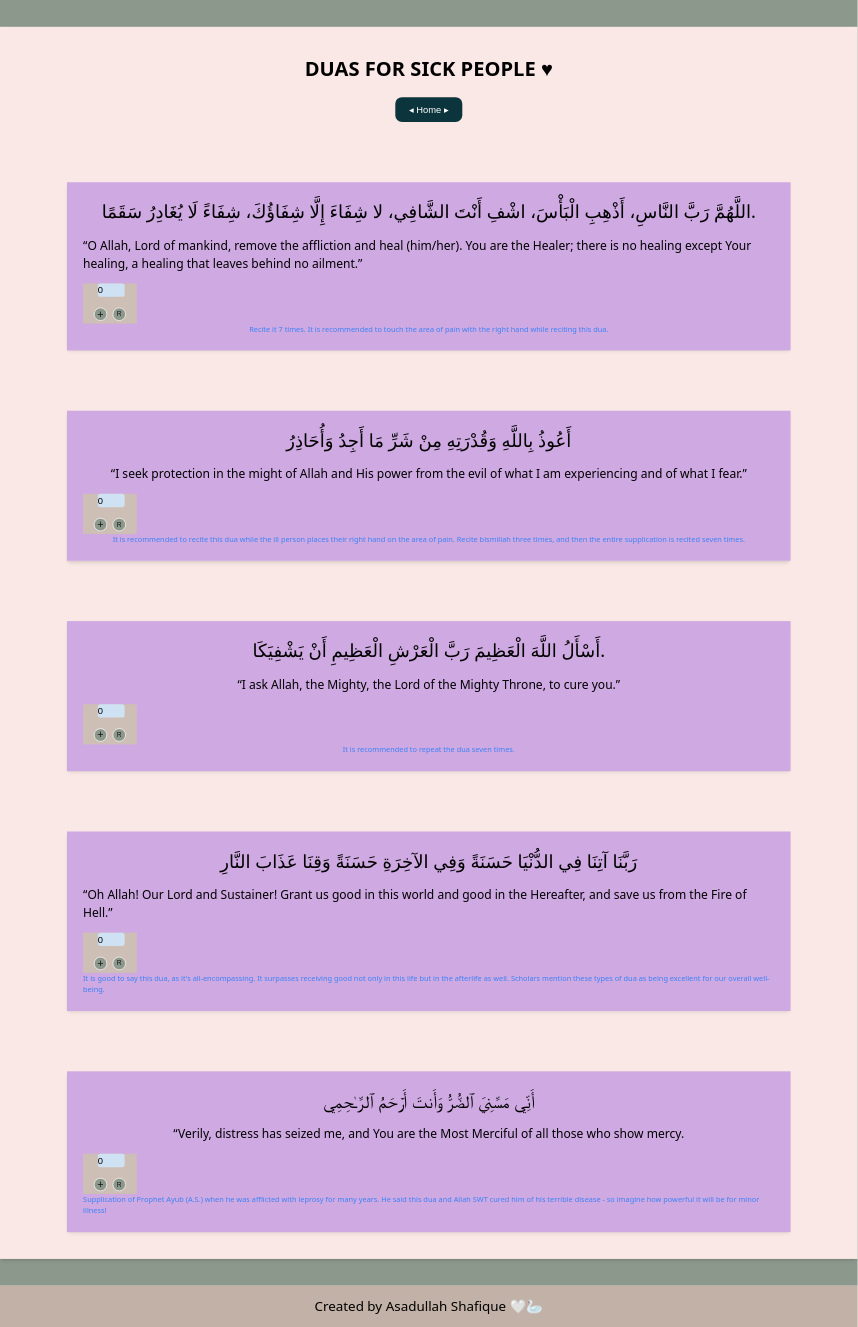
Repository: asadullah48/Duas_Diary
Page: /sick
An editor plug-in stored every save of this project. The page is shown before and after the next save, followed by the edit.
The browser window is 1280 px wide. The pictures show the whole page, at 67% of full size.
The project was rebuilt for these pictures with package versions that can differ from the ones it lists, and the page was loaded fresh each time. The framework's server and built-in components were replaced by stand-ins that run in the browser. Also part of the build but not shown: next.config.ts.

Above is the page before, as saved 2024-11-30 10:13:31.

### src/app/layout.tsx
import type { Metadata } from "next";
import localFont from "next/font/local";
import "./globals.css";
import Footer from "../components/footer";

const geistSans = localFont({
  src: "./fonts/GeistVF.woff",
  variable: "--font-geist-sans",
  weight: "100 900",
});
const geistMono = localFont({
  src: "./fonts/GeistMonoVF.woff",
  variable: "--font-geist-mono",
  weight: "100 900",
});

export const metadata: Metadata = {
  title: "Create Next App",
  description: "Generated by create next app",
};

export default function RootLayout({
  children,
}: Readonly<{
  children: React.ReactNode;
}>) {
  return (
    <html lang="en">
      <body
        className={`${geistSans.variable} ${geistMono.variable} antialiased`}
      >
        {children}
        <Footer/>
      </body>
    </html>
  );
}

### src/app/sick/page.tsx
import Link from "next/link";
import LightPinkSection from "@/components/props";
import Button from "@/components/button";

export default function Sick() {
  return (
    <div className="w-full h-auto bg-[#8D988D] flex justify-center items-center py-10">
      <div className="w-[95%] lg:w-[1300px] h-auto bg-[#F9E8E5] p-5 lg:p-10 rounded-md shadow-md">
        <div className="font-sans font-bold text-[24px] lg:text-[30px] text-black text-center mb-5">
          DUAS FOR SICK PEOPLE ♥
        </div>
        <Link href="/">
          <button className="bg-[#0c343d] text-white text-[12px] lg:text-[14px] mt-3 mb-5 mx-auto block rounded-[10px] px-5 py-2">
            ◂ Home ▸
          </button>
        </Link>

        {/* Dua Sections */}
        <LightPinkSection
          paragraph="اللَّهُمَّ رَبَّ النَّاسِ، أَذْهِبِ الْبَأْسَ، اشْفِ أَنْتَ الشَّافِي، لا شِفَاءَ إِلَّا شِفَاؤُكَ، شِفَاءً لَا يُغَادِرُ سَقَمًا."
          paragraph2="“O Allah, Lord of mankind, remove the affliction and heal (him/her). You are the Healer; there is no healing except Your healing, a healing that leaves behind no ailment.”"
          buttonText={<Button />}
          note="Recite it 7 times. It is recommended to touch the area of pain with the right hand while reciting this dua."
        />
        <LightPinkSection
          paragraph="أَعُوذُ بِاللَّهِ وَقُدْرَتِهِ مِنْ شَرِّ مَا أَجِدُ وَأُحَاذِرُ"
          paragraph2="“I seek protection in the might of Allah and His power from the evil of what I am experiencing and of what I fear.”"
          buttonText={<Button />}
          note="It is recommended to recite this dua while the ill person places their right hand on the area of pain. Recite bismillah three times, and then the entire supplication is recited seven times."
        />
        <LightPinkSection
          paragraph="أَسْأَلُ اللَّهَ الْعَظِيمَ رَبَّ الْعَرْشِ الْعَظِيمِ أَنْ يَشْفِيَكَا."
          paragraph2="“I ask Allah, the Mighty, the Lord of the Mighty Throne, to cure you.”"
          buttonText={<Button />}
          note="It is recommended to repeat the dua seven times."
        />
        <LightPinkSection
          paragraph="رَبَّنَا آتِنَا فِي الدُّنْيَا حَسَنَةً وَفِي الآخِرَةِ حَسَنَةً وَقِنَا عَذَابَ النَّارِ"
          paragraph2="“Oh Allah! Our Lord and Sustainer! Grant us good in this world and good in the Hereafter, and save us from the Fire of Hell.”"
          buttonText={<Button />}
          note="It is good to say this dua, as it's all-encompassing. It surpasses receiving good not only in this life but in the afterlife as well. Scholars mention these types of dua as being excellent for our overall well-being."
        />
        <LightPinkSection
          paragraph="أَنِّي مَسَّنِيَ ٱلضُّرُّ وَأَنتَ أَرۡحَمُ ٱلرَّـٰحِمِي"
          paragraph2="“Verily, distress has seized me, and You are the Most Merciful of all those who show mercy."
          buttonText={<Button />}
          note="Supplication of Prophet Ayub (A.S.) when he was afflicted with leprosy for many years. He said this dua and Allah SWT cured him of his terrible disease - so imagine how powerful it will be for minor illness!"
        />
      </div>
    </div>
  );
}

### src/components/footer.tsx
// components/Footer.tsx
export default function Footer() {
    return (
      <footer className="w-full bg-[#C1B1A6] py-4">
        <div className="text-center text-black font-sans text-[16px] sm:text-[18px] lg:text-[20px]">
          Created by Asadullah Shafique 🤍🦢
        </div>
      </footer>
    );
  }

### src/components/props.tsx
import { ReactNode } from "react";

type SectionProps = {
  paragraph: string;
  buttonText: ReactNode;
  paragraph2: string;
  note: string; // Allows JSX elements, strings, or components
};

export default function LightPinkSection({
  paragraph,
  buttonText,
  paragraph2,
  note,
}: SectionProps) {
  return (
    <div className="w-[90%] bg-[#c497e2c5] p-6 rounded-lg mx-auto shadow-md mt-[90px]">
      <p className="text-black text-[27px] font-sans mb-4 flex justify-center">
        {paragraph}
      </p>
      <p className="text-black text-[18px] font-sans mb-4 flex justify-center">
        {paragraph2}
      </p>
      <div>{buttonText}</div>
      <p className="text-blue-500 text-[11px] font-sans flex justify-center">
        {note}
      </p>
    </div>
  );
}

### src/components/button.tsx
"use client";

import { useState } from "react";

export default function Button() {
  // hook, event ke against ui ko update krna
  let [count, setcount] = useState(0); //returns array ik element hota hai jese yaha pr 0 hai  ik function aur jo function hota hai woh humari value hoti h
  console.log(count);

  const handleClick = () => {
    setcount(count + 1); //re-renders new value
  };

  const handleReset = () => {
    setcount(0); // reset back to 0
  };

  return (
    <div className="bg-[#CEBFB6] w-[80px] h-[60px] flex flex-col items-center justify-between">
      <p className="text-black w-[40px] flex text-sm bg-[#cfe2f3] rounded ml-1">
        {count}
      </p>

      <div className="flex space-x-2 mt-2">
        <button
          onClick={handleClick}
          className="bg-[#8D988D] w-[20px] h-[20px] px-1 py-1 rounded-full border mt-1 mb-1 border-white flex items-center justify-center text-center"
        >
          +
        </button>

        {/* Reset Button */}
        <button
          onClick={handleReset}
          className="bg-[#8D988D] w-[20px] h-[20px] px-1 py-1 rounded-full border mt-1 mb-1 border-white flex items-center justify-center text-[10px] text-center"
        >
          R
        </button>
      </div>
    </div>
  );
}

Loaded but not shown: src/app/globals.css (common file); tailwind.config.ts (common file)

After the next save:
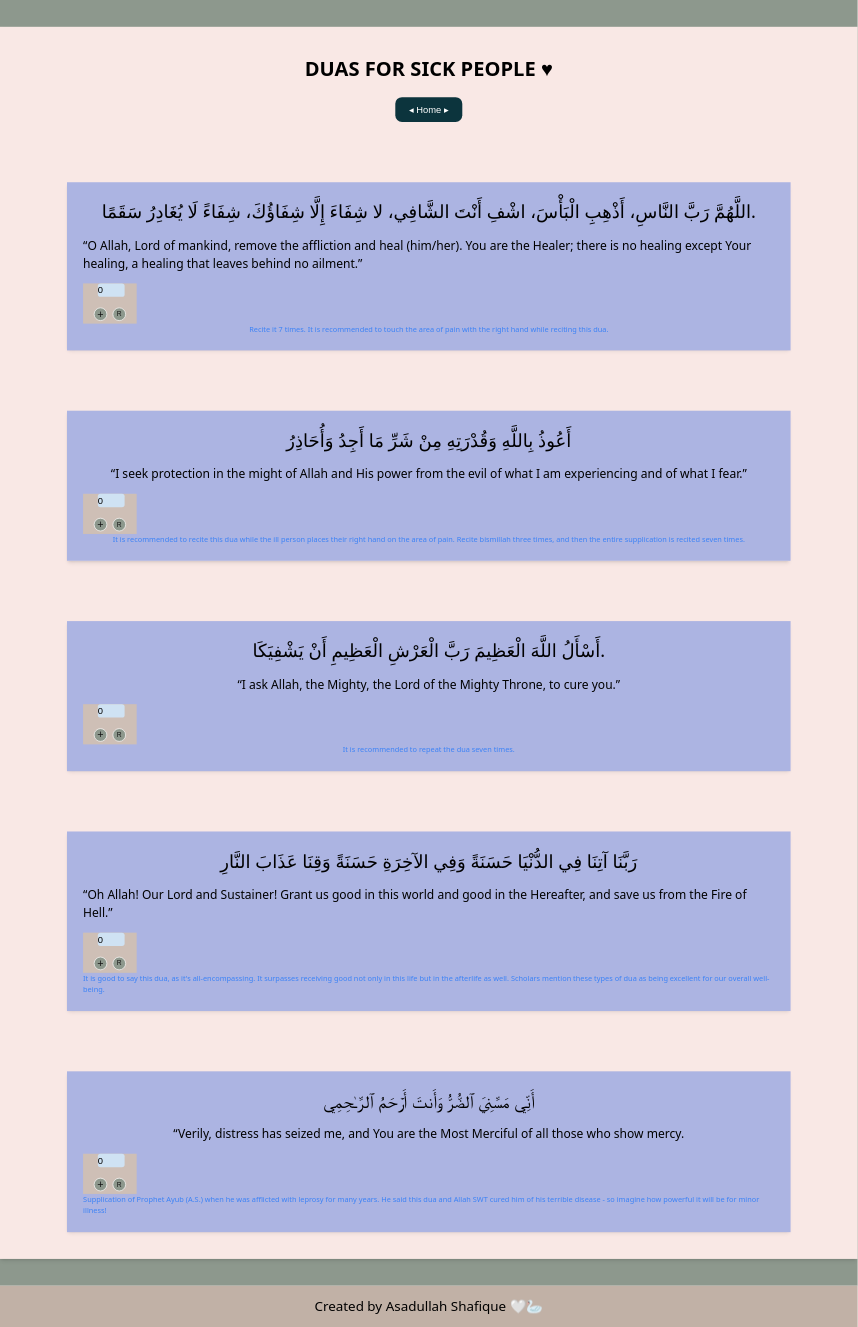
Saved 6 s later.
--- a/src/components/props.tsx
+++ b/src/components/props.tsx
@@ -14,7 +14,7 @@ export default function LightPinkSection({
   note,
 }: SectionProps) {
   return (
-    <div className="w-[90%] bg-[#c497e2c5] p-6 rounded-lg mx-auto shadow-md mt-[90px]">
+    <div className="w-[90%] bg-[#97a5e2c5] p-6 rounded-lg mx-auto shadow-md mt-[90px]">
       <p className="text-black text-[27px] font-sans mb-4 flex justify-center">
         {paragraph}
       </p>
